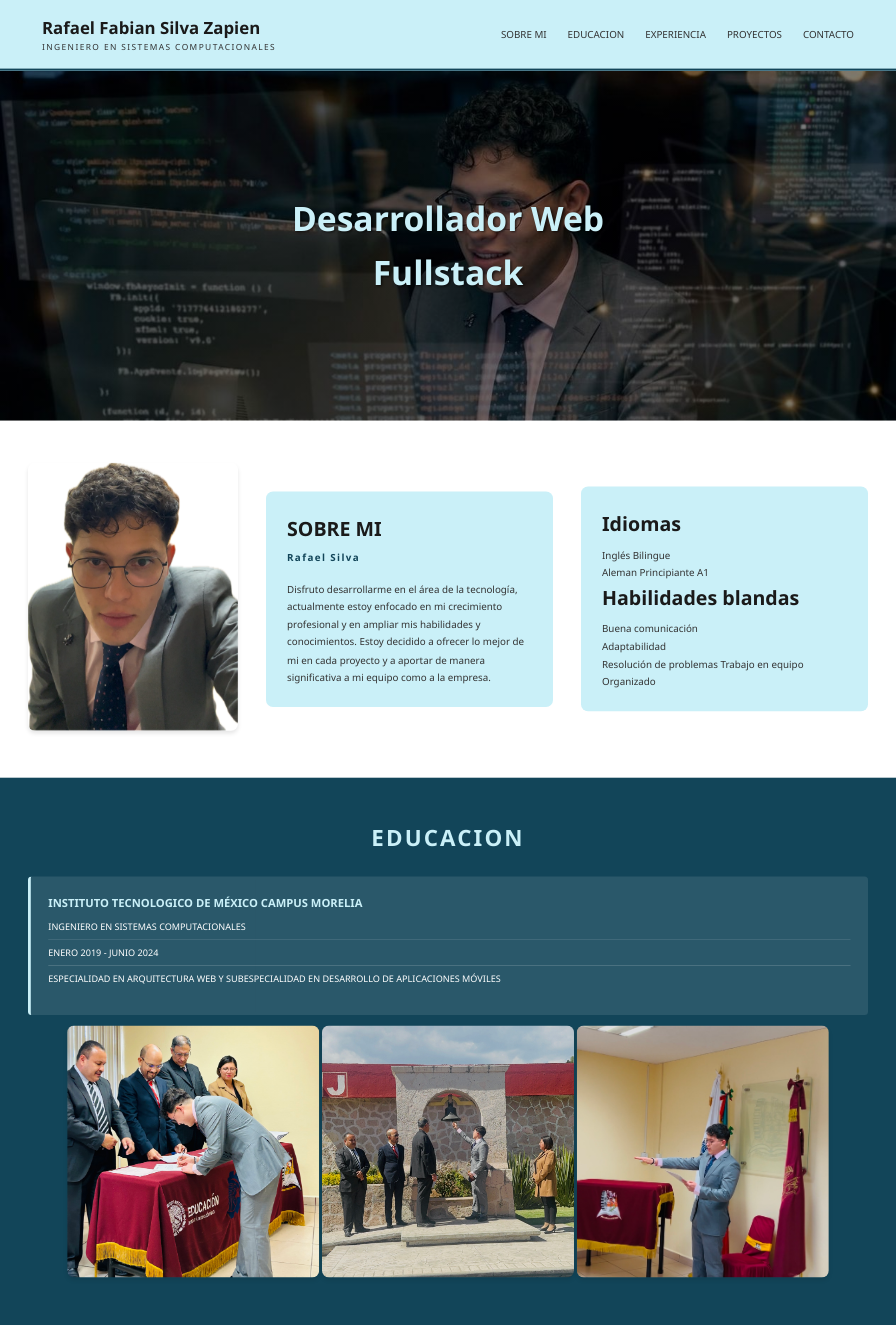
Repository: rafaelsilva2k/mi-portafolio
Page: index.html
These files come from the project's save history. The page is drawn as it stood at one moment and after a run of saves; the edit follows.
The browser window is 1280 px wide. The pictures show the part of the page from y = 0 to 1920 px (the page is 3313 px tall), at 70% of full size.

Above is the page before, as saved 2026-04-17 12:53:18.

After the next 2 saves:
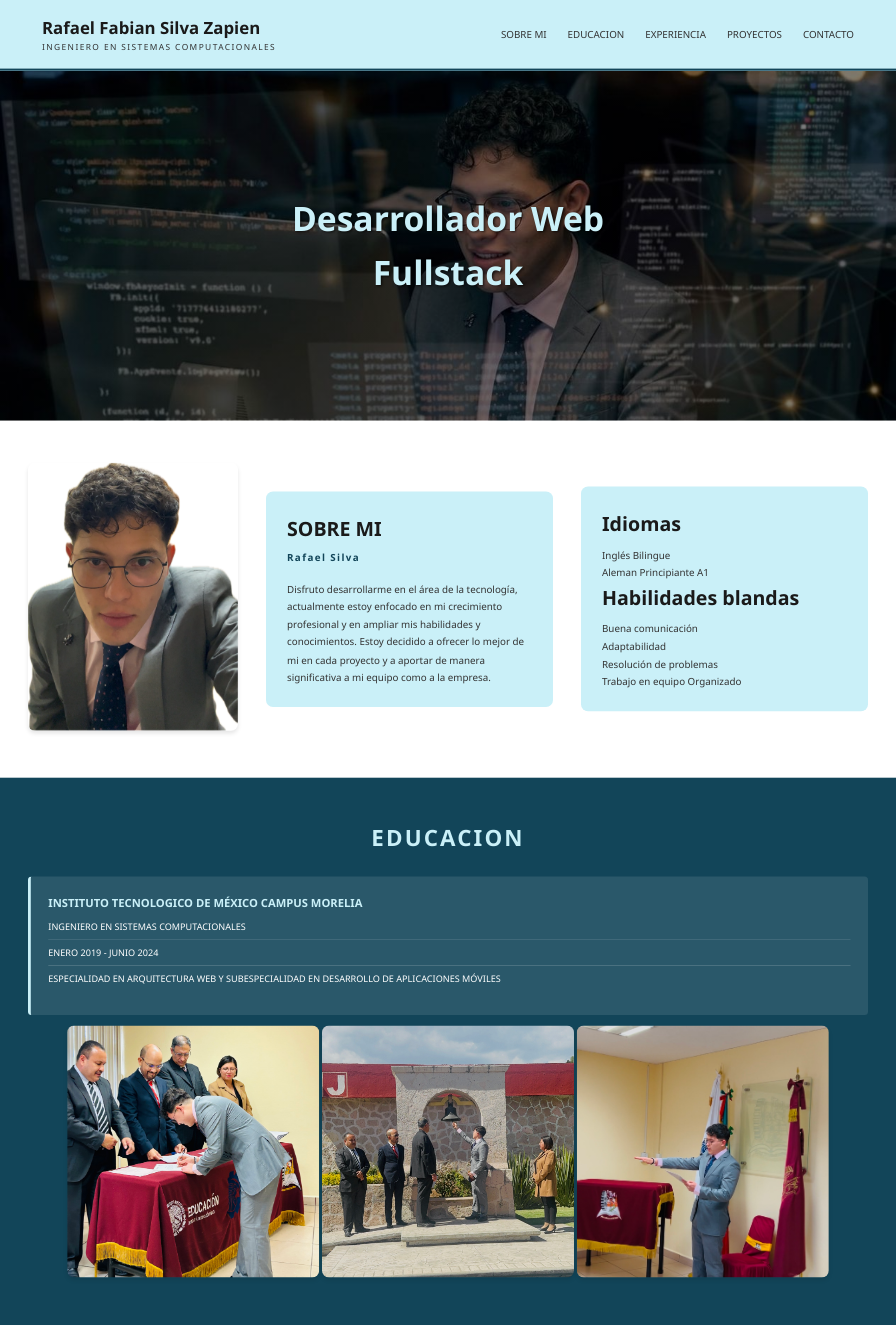
The 2 saves are shown as one change because they came seconds apart.
The last was saved 13 s later.
--- a/index.html
+++ b/index.html
@@ -49,8 +49,7 @@
                 <h2>Idiomas</h2>
                 <p>Inglés Bilingue <br> Aleman Principiante A1</p>
                 <h2>Habilidades blandas</h2>
-                <p>Buena comunicación <br> Adaptabilidad <br> Resolución de problemas
-Trabajo en equipo
+                <p>Buena comunicación <br> Adaptabilidad <br> Resolución de problemas <br> Trabajo en equipo
 Organizado</p>
             </div>
         </div>
